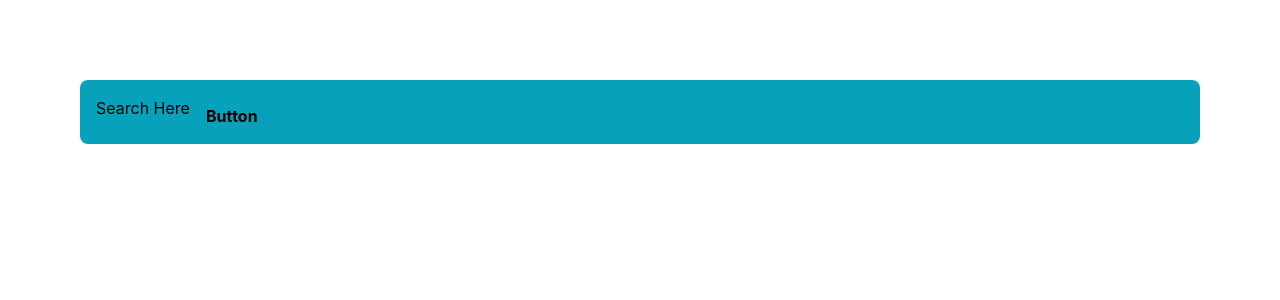
Repository: arafatmollah/pharma
Page: /
An editor plug-in stored every save of this project. The page is shown before and after a run of saves, followed by the edit.
The browser window is 1280 px wide. The pictures show the whole page.
The project was rebuilt for these pictures with package versions that can differ from the ones it lists, and the page was loaded fresh each time.

Above is the page before, as saved 2023-03-12 01:05:14.

### src/App.js

import './App.css';
import Nav from './Nav';

function App() {
  return (
    <div className="App">
      <Nav></Nav>
    </div>
  );
}

export default App;

### src/App.css
.box-border{
    background-color: #08A1BC;
}
.btn {
    @apply font-bold py-2 px-4 rounded;
  }
  .btn-blue {
    @apply bg-blue-500 text-white;
  }
  .btn-blue:hover {
    @apply bg-blue-700;
  }

### src/Nav.js
import React from 'react'
import './App.css';

function Nav() {
  return (
    <div>
        <div className='box-border h-16 w-100 p-4 m-20 rounded-lg'>
          <div className='flex'>
                <p>Search Here</p>
                <button class="btn"> Button</button>
          </div>
        </div>
    </div>
  )
}

export default Nav

Loaded but not shown: public/index.html (common file); src/index.js (common file); src/index.css (common file); src/reportWebVitals.js (common file); tailwind.config.js (common file)

After the next 4 saves:
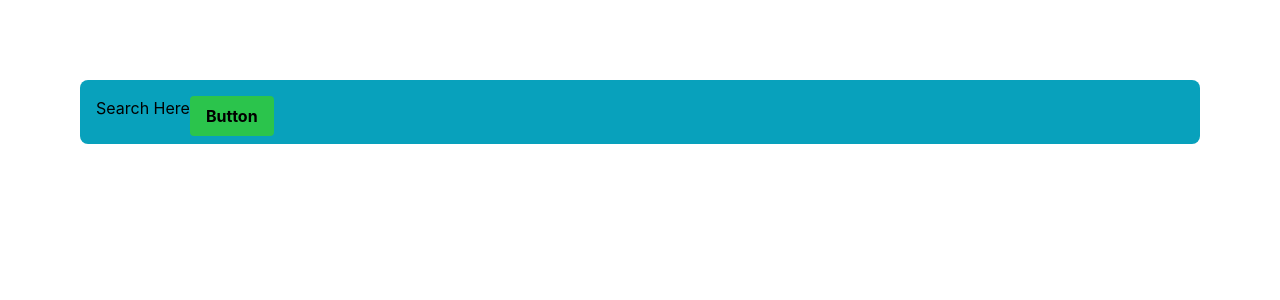
The 4 saves are shown as one change because they came seconds apart.
The last was saved 13 s later.
--- a/src/App.css
+++ b/src/App.css
@@ -3,6 +3,7 @@
 }
 .btn {
     @apply font-bold py-2 px-4 rounded;
+    background-color: #2BC44C;
   }
   .btn-blue {
     @apply bg-blue-500 text-white;
